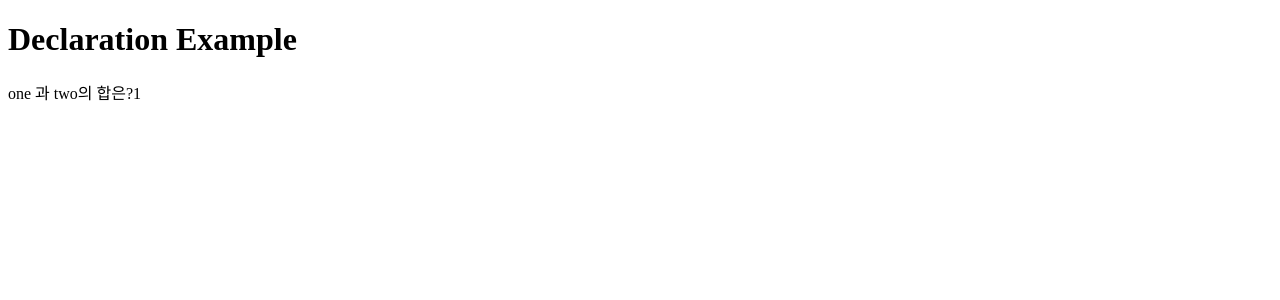
Repository: wpans2619/JSP
Page: http://localhost/JSP02_Declaration/JSP02_Declaration.jsp
These files come from the project's save history. The page is drawn as it stood at one moment and after the next save; the edit follows.
The browser window is 1280 px wide. The pictures show the whole page.
The page is served by Tomcat 9.

Above is the page before, as saved 2021-10-29 00:42:10.

After the next save:
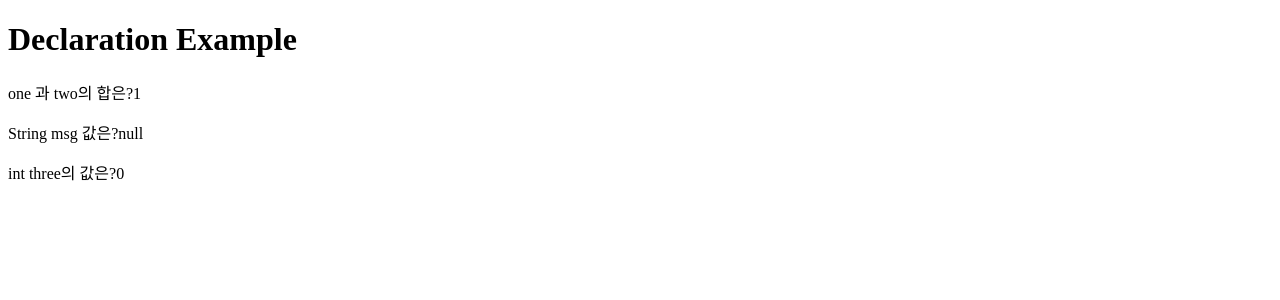
Saved 119 s later.
--- a/JSP02_Declaration/src/main/webapp/JSP02_Declaration.jsp
+++ b/JSP02_Declaration/src/main/webapp/JSP02_Declaration.jsp
@@ -18,5 +18,7 @@
 	int three;
 %>
 one 과 two의 합은?<%= plusMethod() %><p/>
+String msg 값은?<%=msg %><p/>
+int three의 값은?<%=three %><p/>
 </body>
 </html>
